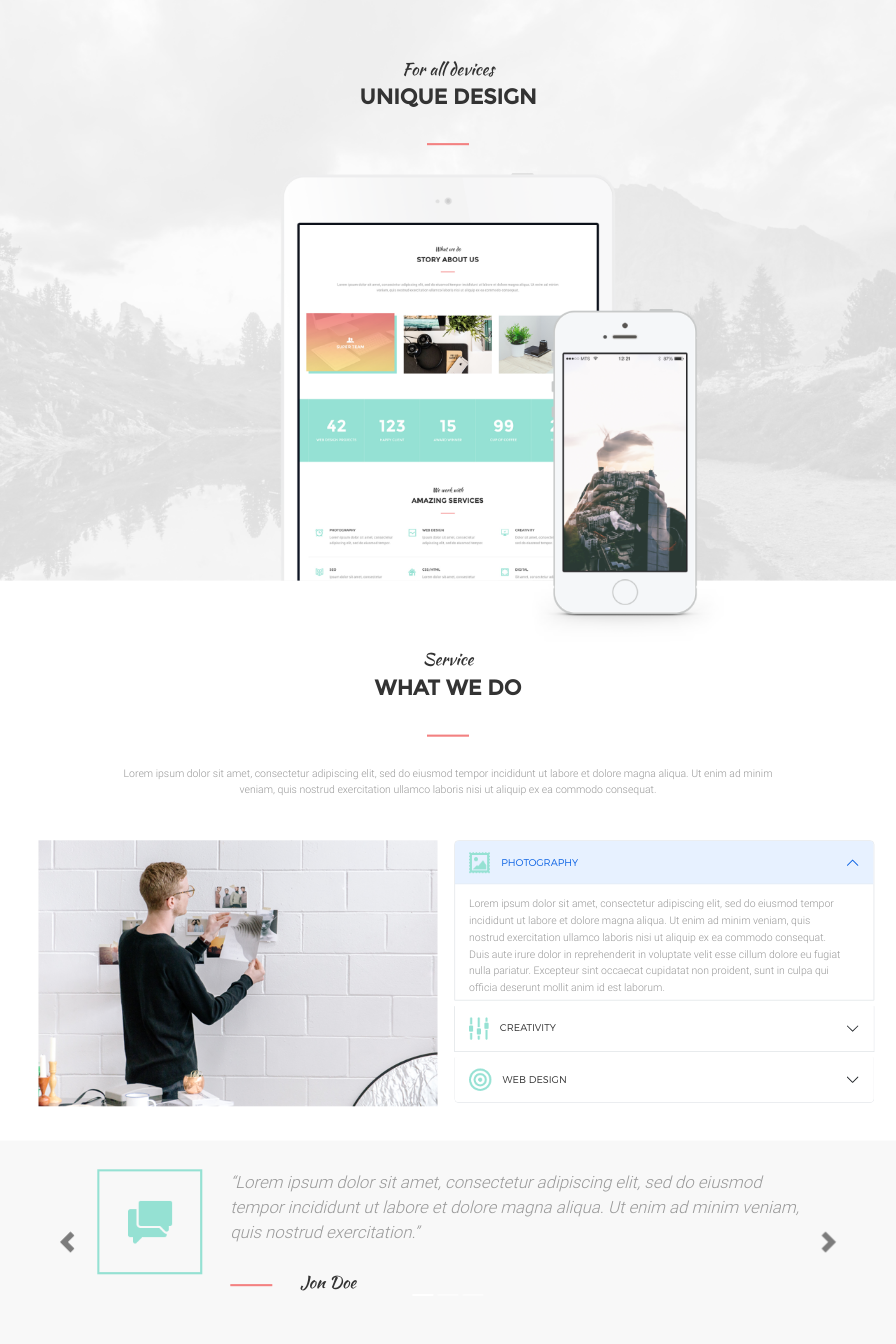
Repository: RaffiBarseghyan/mogo
Page: /
An editor plug-in stored every save of this project. The page is shown before and after the next save, followed by the edit.
The browser window is 1280 px wide. The pictures show the part of the page from y = 2598 to 4518 px (the page is 4518 px tall), at 70% of full size.
The project was rebuilt for these pictures with package versions that can differ from the ones it lists, and the page was loaded fresh each time.

Above is the page before, as saved 2023-05-11 23:01:10.

### src/App.jsx
import "./App.css";
import "bootstrap/dist/css/bootstrap.min.css";
import "bootstrap/dist/js/bootstrap.bundle";
import Header from "./Pages/Header/header";
import AboutUs from "./Pages/AboutUs/aboutUs";
import WorkWith from "./Pages/WorkWith/workWith";
import AllDevice from "./Pages/AllDevice/allDevice";
import Service from "./Pages/ServicePage/service";

function App() {
  return (
    <div className="App">
      <Header />
      <AboutUs />
      <WorkWith />
      <AllDevice />
      <Service />
    </div>
  );
}

export default App;

### src/Pages/AboutUs/aboutUs.jsx
import style from "./aboutUs.module.scss";
import aboutUs1 from "../../Assets/Images/aboutUs1.png";
import aboutUs2 from "../../Assets/Images/aboutUs2.png";
import aboutUs3 from "../../Assets/Images/aboutUs3.png";
import user from "../../Assets/Images/USERS.png";

function AboutUs() {
  return (
    <>
      <div className={style.aboutUs}>
        <h3>What we do</h3>
        <h2>Story about us</h2>
        <div className={style.line}></div>
        <p>
          Lorem ipsum dolor sit amet, consectetur adipiscing elit, sed do
          eiusmod tempor incididunt ut labore et dolore magna aliqua. Ut enim ad
          minim <br />
          veniam, quis nostrud exercitation ullamco laboris nisi ut aliquip ex
          ea commodo consequat.
        </p>
        <div className="d-flex justify-content-center flex-wrap ">
          <div className={style.imgDiv}>
            <img src={user} alt="" className={style.user} />
            <p>SUPER TEAM</p>
            <img src={aboutUs1} alt="" className={style.aboutImg} />
          </div>
          <div className={style.imgDiv}>
            <img src={user} alt="" className={style.user} />
            <p>SUPER TEAM</p>
            <img src={aboutUs2} alt="" className={style.aboutImg} />
          </div>
          <div className={style.imgDiv}>
            <img src={user} alt="" className={style.user} />
            <p>SUPER TEAM</p>
            <img src={aboutUs3} alt="" className={style.aboutImg} />
          </div>
        </div>
      </div>

      <div
        className={`${style.aboutUsFooter} d-flex justify-content-center align-items-center flex-wrap`}
      >
        <div className={style.first_line}>
          <h2>42</h2>
          <p>Web Design Projects</p>
        </div>
        <div>
          <h2>123</h2>
          <p>happy client</p>
        </div>
        <div>
          <h2>15</h2>
          <p>award winner</p>
        </div>
        <div>
          <h2>99</h2>
          <p>cup of coffee</p>
        </div>
        <div>
          <h2>24</h2>
          <p>members</p>
        </div>
      </div>
    </>
  );
}

export default AboutUs;

### src/Pages/AllDevice/allDevice.jsx
import style from "./allDevice.module.scss";
import ipad from "../../Assets/Images/ipad.png";
import iphone from "../../Assets/Images/iphone.png";

function AllDevice() {
  return (
    <>
      <div className={`${style.allDevice}`}>
        <div className={style.allDeviceBg}>
          <h3>For all devices</h3>
          <h2>Unique design</h2>
          <div className={style.line}></div>
          <img src={ipad} alt="" className={style.ipad}/>
          <img src={iphone} alt="" className={style.iphone} />
        </div>
      </div>
    </>
  );
}

export default AllDevice;

### src/Pages/ServicePage/service.jsx
import style from "./service.module.scss";
import service from "../../Assets/Images/service.png";
import PICTURE from "../../Assets/Images/PICTURE.png";
import EQUALIZER from "../../Assets/Images/EQUALIZER.png";
import BULLSEYE from "../../Assets/Images/BULLSEYE.png";
import serviceFooter from "../../Assets/Images/serviceFooter.png";

function Service() {
  return (
    <>
      <div className={`${style.Service}`}>
        <h3>Service</h3>
        <h2>what we do</h2>
        <div className={style.line}></div>
        <p>
          Lorem ipsum dolor sit amet, consectetur adipiscing elit, sed do
          eiusmod tempor incididunt ut labore et dolore magna aliqua. Ut enim ad
          minim <br />
          veniam, quis nostrud exercitation ullamco laboris nisi ut aliquip ex
          ea commodo consequat.
        </p>
        <div className="d-flex flex-wrap justify-content-center">
          <img src={service} alt="" className="me-4 ms-4" />
          <div className={style.acordeon}>
            <div className="accordion" id="accordionExample">
              <div className="accordion-item mb-2">
                <h2 className="accordion-header" id="headingOne">
                  <button
                    className="accordion-button"
                    type="button"
                    data-bs-toggle="collapse"
                    data-bs-target="#collapseOne"
                    aria-expanded="true"
                    aria-controls="collapseOne"
                  >
                    <img src={PICTURE} alt="" className="me-3" />
                    Photography
                  </button>
                </h2>
                <div
                  id="collapseOne"
                  className="accordion-collapse collapse show"
                  aria-labelledby="headingOne"
                  data-bs-parent="#accordionExample"
                >
                  <div className={`accordion-body ${style.acordeonBody}`}>
                    Lorem ipsum dolor sit amet, consectetur adipiscing elit, sed
                    do eiusmod tempor <br />
                    incididunt ut labore et dolore magna aliqua. Ut enim ad
                    minim veniam, quis <br />
                    nostrud exercitation ullamco laboris nisi ut aliquip ex ea
                    commodo consequat. <br />
                    Duis aute irure dolor in reprehenderit in voluptate velit
                    esse cillum dolore eu fugiat <br />
                    nulla pariatur. Excepteur sint occaecat cupidatat non
                    proident, sunt in culpa qui <br />
                    officia deserunt mollit anim id est laborum.
                  </div>
                </div>
              </div>
              <div className="accordion-item mb-2">
                <h2 className="accordion-header" id="headingTwo">
                  <button
                    className="accordion-button collapsed"
                    type="button"
                    data-bs-toggle="collapse"
                    data-bs-target="#collapseTwo"
                    aria-expanded="false"
                    aria-controls="collapseTwo"
                  >
                    <img src={EQUALIZER} alt="" className="me-3" />
                    creativity
                  </button>
                </h2>
                <div
                  id="collapseTwo"
                  className="accordion-collapse collapse"
                  aria-labelledby="headingTwo"
                  data-bs-parent="#accordionExample"
                >
                  <div className={`accordion-body ${style.acordeonBody}`}>
                    <strong>This is the second item's accordion body.</strong>{" "}
                    It is hidden by default, until the collapse plugin adds the
                    appropriate classes that we use to style each element. These
                    classes control the overall appearance, as well as the
                    showing and hiding via CSS transitions. You can modify any
                    of this with custom CSS or overriding our default variables.
                    It's also worth noting that just about any HTML can go
                    within the <code>.accordion-body</code>, though the
                    transition does limit overflow.
                  </div>
                </div>
              </div>
              <div className="accordion-item mb-2">
                <h2 className="accordion-header" id="headingThree">
                  <button
                    className="accordion-button collapsed"
                    type="button"
                    data-bs-toggle="collapse"
                    data-bs-target="#collapseThree"
                    aria-expanded="false"
                    aria-controls="collapseThree"
                  >
                    <img src={BULLSEYE} alt="" className="me-3" />
                    web design
                  </button>
                </h2>
                <div
                  id="collapseThree"
                  className="accordion-collapse collapse"
                  aria-labelledby="headingThree"
                  data-bs-parent="#accordionExample"
                >
                  <div className={`accordion-body ${style.acordeonBody}`}>
                    <strong>This is the third item's accordion body.</strong> It
                    is hidden by default, until the collapse plugin adds the
                    appropriate classes that we use to style each element. These
                    classes control the overall appearance, as well as the
                    showing and hiding via CSS transitions. You can modify any
                    of this with custom CSS or overriding our default variables.
                    It's also worth noting that just about any HTML can go
                    within the <code>.accordion-body</code>, though the
                    transition does limit overflow.
                  </div>
                </div>
              </div>
            </div>
          </div>
        </div>
      </div>

      <div className={style.serviceFooter} >
        <div id="carouselExampleIndicators" className="carousel slide" >
          <div className="carousel-indicators ">
            <button
              type="button"
              data-bs-target="#carouselExampleIndicators"
              data-bs-slide-to="0"
              className="active"
              aria-current="true"
              aria-label="Slide 1"
            ></button>
            <button
              type="button"
              data-bs-target="#carouselExampleIndicators"
              data-bs-slide-to="1"
              aria-label="Slide 2"
            ></button>
            <button
              type="button"
              data-bs-target="#carouselExampleIndicators"
              data-bs-slide-to="2"
              aria-label="Slide 3"
            ></button>
          </div>
          <div className="carousel-inner ">
            <div className="carousel-item active">
              <div className="d-flex justify-content-center">
                <div>
                  <img src={serviceFooter} alt="" />
                </div>
                <div>
                  <p>
                    “Lorem ipsum dolor sit amet, consectetur adipiscing elit,
                    sed do eiusmod <br />
                    tempor incididunt ut labore et dolore magna aliqua. Ut enim
                    ad minim veniam, <br />
                    quis nostrud exercitation.”
                  </p>
                  <div className="d-flex align-items-center">
                    <div className={style.line}></div>
                    <h2>Jon Doe</h2>
                  </div>
                </div>
              </div>
            </div>
            <div className="carousel-item">
              <div className="d-flex justify-content-center">
                <div>
                  <img src={serviceFooter} alt="" />
                </div>
                <div>
                  <p>
                    “Lorem ipsum dolor sit amet, consectetur adipiscing elit,
                    sed do eiusmod <br />
                    tempor incididunt ut labore et dolore magna aliqua. Ut enim
                    ad minim veniam, <br />
                    quis nostrud exercitation.”
                  </p>
                  <div className="d-flex align-items-center">
                    <div className={style.line}></div>
                    <h2>Jon Doe</h2>
                  </div>
                </div>
              </div>
            </div>
            <div className="carousel-item">
              <div className="d-flex justify-content-center">
                <div>
                  <img src={serviceFooter} alt="" />
                </div>
                <div>
                  <p>
                    “Lorem ipsum dolor sit amet, consectetur adipiscing elit,
                    sed do eiusmod <br />
                    tempor incididunt ut labore et dolore magna aliqua. Ut enim
                    ad minim veniam, <br />
                    quis nostrud exercitation.”
                  </p>
                  <div className="d-flex align-items-center">
                    <div className={style.line}></div>
                    <h2>Jon Doe</h2>
                  </div>
                </div>
              </div>
            </div>
          </div>
          <button
            className="carousel-control-prev"
            type="button"
            data-bs-target="#carouselExampleIndicators"
            data-bs-slide="prev"
          >
            <span
              className={`carousel-control-prev-icon ${style.prev}`}
              aria-hidden="true"
            ></span>
            <span className="visually-hidden">Previous</span>
          </button>
          <button
            className="carousel-control-next"
            type="button"
            data-bs-target="#carouselExampleIndicators"
            data-bs-slide="next"
          >
            <span
              className={`carousel-control-next-icon ${style.next}`}
              aria-hidden="true"
            ></span>
            <span className="visually-hidden">Next</span>
          </button>
        </div>
      </div>
    </>
  );
}

export default Service;

### src/Pages/WorkWith/workWith.module.scss
@font-face {
  font-family: Montserrat;
  src: url("../../Assets/Fonts/montserrat/Montserrat-Light.otf")
    format("truetype");
}

@font-face {
  font-family: Montserrat_mid;
  src: url("../../Assets/Fonts/montserrat/Montserrat-Regular.ttf")
    format("truetype");
}

@font-face {
  font-family: Montserrat_bold;
  src: url("../../Assets/Fonts/montserrat/Montserrat-ExtraBold.otf")
    format("truetype");
}

@font-face {
  font-family: kaushan;
  src: url("../../Assets/Fonts/kaushan-script/kaushan-script.kaushanscript-regular.otf")
    format("truetype");
}

.workWith {
  min-height: 750px;
  display: flex;
  flex-direction: column;
  align-items: center;
  justify-content: center;
  h3 {
    font-size: 24px;
    color: #333333;
    font-weight: 400;
    font-family: "kaushan";
    text-align: center;
  }
  h2 {
    font-size: 30px;
    text-transform: uppercase;
    color: #333333;
    font-weight: 700;
    font-family: "Montserrat_mid";
    text-align: center;
  }
  .line {
    width: 60px;
    height: 3px;
    background-color: #f38181;
    margin: 40px;
  }
}

.workWithFooter {
  > div {
    width: 400px;
    margin-top: 90px;
  }
  h2 {
    font-size: 14px;
    text-transform: uppercase;
    color: #333333;
    font-weight: 400;
    font-family: "Montserrat";
    text-align: start;
  }
  p {
    font-size: 15px;
    line-height: 24px;
    color: #999999;
    font-weight: 400;
    font-family: "Roboto";
    text-align: start;
  }
  img {
    margin-right: 30px;
  }
}

.box1,
.box2,
.box3 {
  border-bottom: 1px solid #e5e5e5;
}

@media only screen and (max-width: 1399.2px) {
  .box1,
  .box2,
  .box3,
  .box4 {
    border-bottom: 1px solid #e5e5e5;
  }
}

@media only screen and (max-width: 991.2px) {
  .box1,
  .box2,
  .box3,
  .box4,
  .box5 {
    border-bottom: 1px solid #e5e5e5;
  }
}

### src/Pages/AllDevice/allDevice.module.scss
@font-face {
  font-family: Montserrat;
  src: url("../../Assets/Fonts/montserrat/Montserrat-Light.otf")
    format("truetype");
}

@font-face {
  font-family: Montserrat_mid;
  src: url("../../Assets/Fonts/montserrat/Montserrat-Regular.ttf")
    format("truetype");
}

@font-face {
  font-family: Montserrat_bold;
  src: url("../../Assets/Fonts/montserrat/Montserrat-ExtraBold.otf")
    format("truetype");
}

@font-face {
  font-family: kaushan;
  src: url("../../Assets/Fonts/kaushan-script/kaushan-script.kaushanscript-regular.otf")
    format("truetype");
}

.allDevice {
  min-height: 900px;

  h3 {
    font-size: 24px;
    color: #333333;
    font-weight: 400;
    font-family: "kaushan";
    text-align: center;
  }
  h2 {
    font-size: 30px;
    text-transform: uppercase;
    color: #333333;
    font-weight: 700;
    font-family: "Montserrat_mid";
    text-align: center;
  }
  .line {
    width: 60px;
    height: 3px;
    background-color: #f38181;
    margin: 40px;
  }
  .allDeviceBg {
    width: 100%;
    min-height: 850px;
    background-image: url("../../Assets/Images/allDeviceBg.png");
    background-position: center;
    background-size: cover;
    background-repeat: no-repeat;

    display: flex;
    flex-direction: column;
    align-items: center;
    justify-content: center;
  }
}

.ipad {
  position: absolute;
  margin-top: 268px;
}

.iphone {
  position: relative;
  top: 194px;
  left: 257px;
}

@media only screen and (max-width: 992.2px) {
  .ipad {
    width: 378px;
    height: 480px;
    margin-top: 370px;
  }
  .iphone {
    width: 200px;
    height: 360px;
    top: 225px;
    left: 217px;
  }
}

@media only screen and (max-width: 650.2px) {
  .ipad {
    width: 290px;
    height: 380px;
    margin-top: 470px;
  }
  .iphone {
    width: 165px;
    height: 290px;
    top: 250px;
    left: 159px;
  }
}

Loaded but not shown: public/index.html (common file); src/index.js (common file); src/index.css (common file); src/reportWebVitals.js (common file); src/App.css (common file); src/Pages/Header/header.module.scss (204 lines, source omitted); src/Pages/Header/header.jsx (96 lines, source omitted); src/Pages/AboutUs/aboutUs.module.scss (154 lines, source omitted); src/Pages/ServicePage/service.module.scss (161 lines, source omitted); src/Pages/WorkWith/workWith.jsx (98 lines, source omitted)

After the next save:
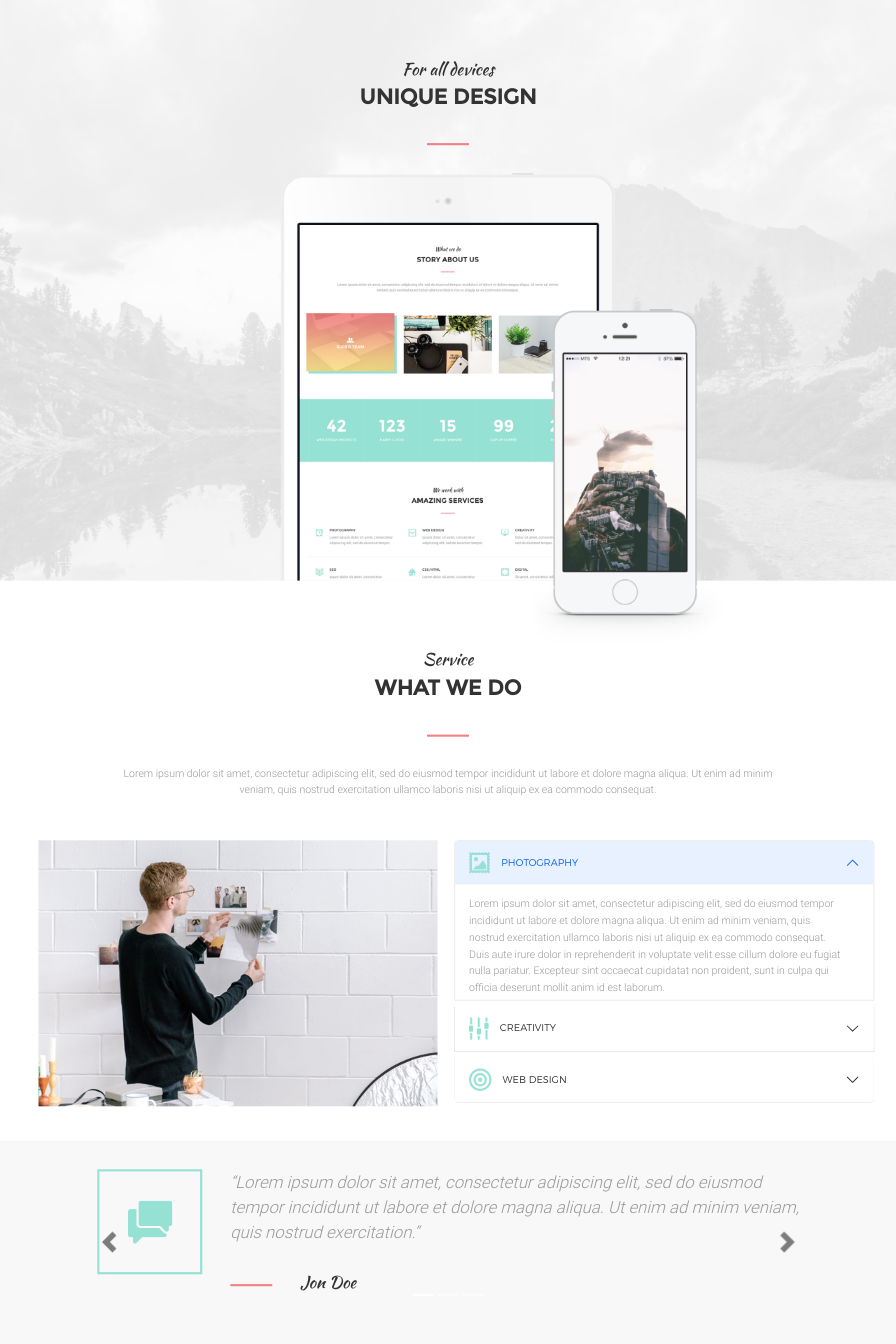
Saved 38 s later.
--- a/src/Pages/ServicePage/service.jsx
+++ b/src/Pages/ServicePage/service.jsx
@@ -130,7 +130,7 @@
       </div>
 
       <div className={style.serviceFooter} >
-        <div id="carouselExampleIndicators" className="carousel slide" >
+        <div id="carouselExampleIndicators" className="carousel slide container" >
           <div className="carousel-indicators ">
             <button
               type="button"

After the save that followed:
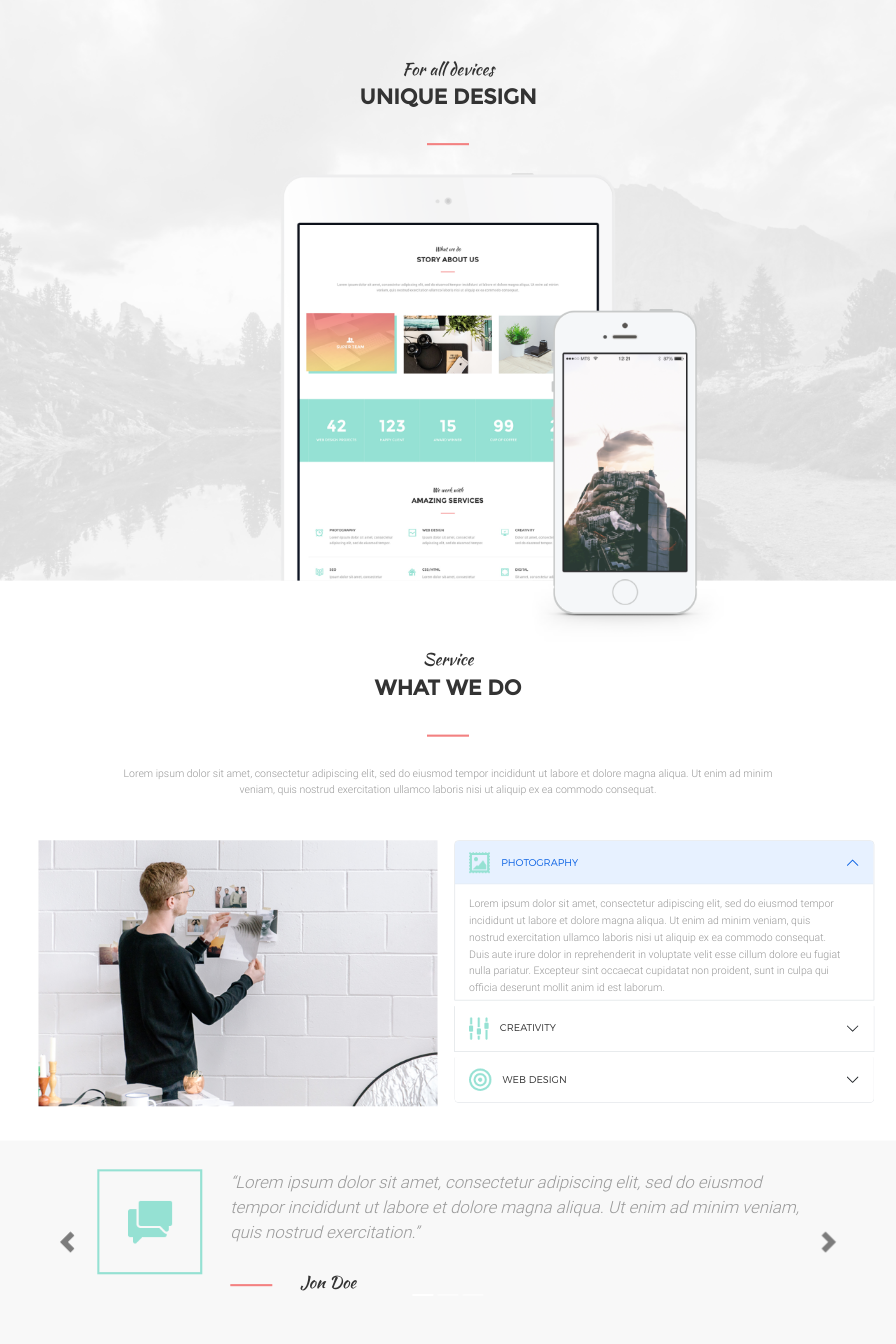
Saved 10 s later.
--- a/src/Pages/ServicePage/service.jsx
+++ b/src/Pages/ServicePage/service.jsx
@@ -130,7 +130,7 @@
       </div>
 
       <div className={style.serviceFooter} >
-        <div id="carouselExampleIndicators" className="carousel slide container" >
+        <div id="carouselExampleIndicators" className="carousel slide" >
           <div className="carousel-indicators ">
             <button
               type="button"
